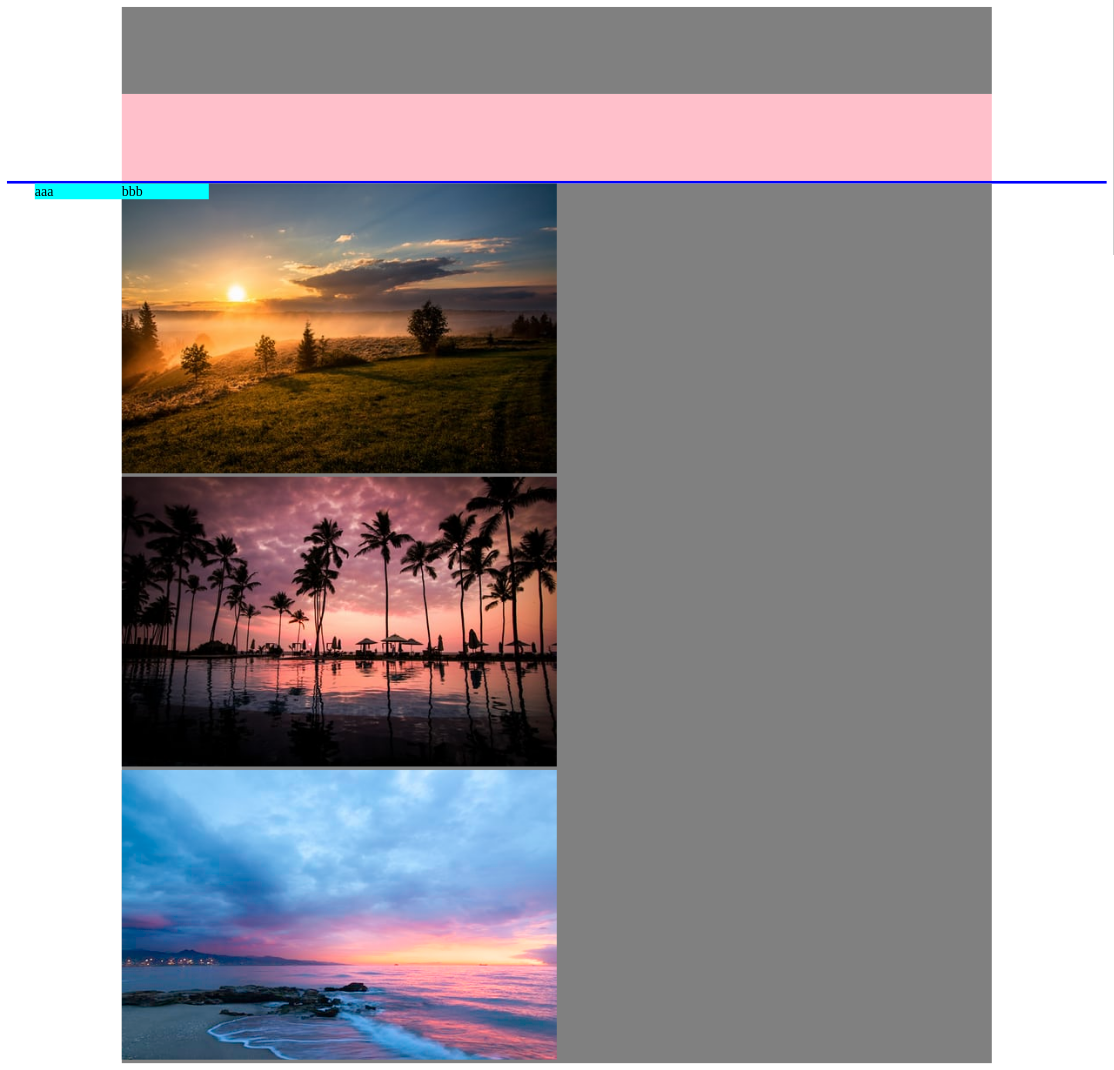
Repository: ArchivvonJang/learn_program_language
Page: webApp/WebContent/Javascript/js21_scrollBanner/img/js21_scrollBanner.html
The author's editor kept a copy of each file at every save. The page is drawn from the files as they stood at one save, then again after the next save.
The browser window is 1280 px wide. The pictures show the whole page, at 87% of full size.

Above is the page before, as saved 2021-03-04 01:04:08.

### webApp/WebContent/Javascript/js21_scrollBanner/img/js21_scrollBanner.html
<!DOCTYPE html>
<html>
<head>
<meta charset="UTF-8">
<title>Insert title here</title>
<style>
	#header1, #header2{
		height:100px;
		width:1000px;
		margin:0 auto;
	}
	#header1{
		background-color:gray;
	}
	#header2{
		background-color:pink;
	}
	#bar{
		height:3px;
		background-color:blue;
	}
	#content{
		width:1000px;
		margin:0 auto;
		background-color:gray;
		position:relative;

	}

	/*배너*/
	#leftBanner, #rightBanner{
		position:absolute;
		width:100px;
		background-color:cyan;
		top:0px;
	}
	#leftBanner{
		left:-100px;
	}

</style>
</head>
<body>
<div id= "header1"></div>
<div id="header2"></div>
<div id="bar"></div>
<div id="content">
	<img src="../img/sunset1.jpg"/>
	<img src="../img/sunset2.jpg"/>
	<img src="../img/sunset3.jpg"/>

	<!-- 배너 -->
	<div id="leftBanner">aaa</div>
	<div id="rightBanner">bbb</div>

	</div>
</body>
</html>

After the next save:
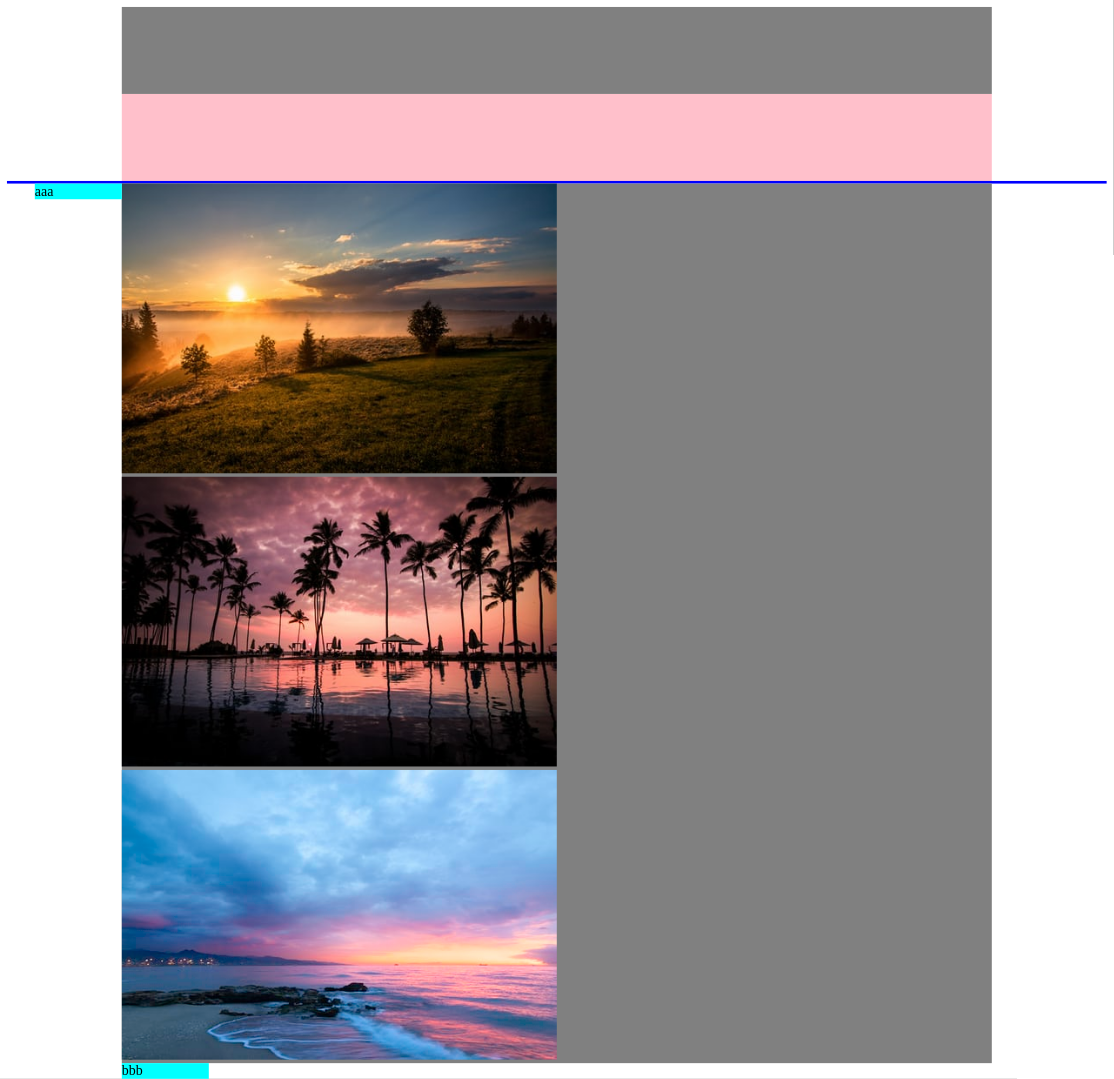
Saved 60 s later.
--- a/webApp/WebContent/Javascript/js21_scrollBanner/img/js21_scrollBanner.html
+++ b/webApp/WebContent/Javascript/js21_scrollBanner/img/js21_scrollBanner.html
@@ -32,12 +32,14 @@
 		position:absolute;
 		width:100px;
 		background-color:cyan;
-		top:0px;
 	}
 	#leftBanner{
 		left:-100px;
+		top:0px;/*제일 위로 올라오기*/
 	}
+	#rightBanner{
 
+	}
 </style>
 </head>
 <body>
